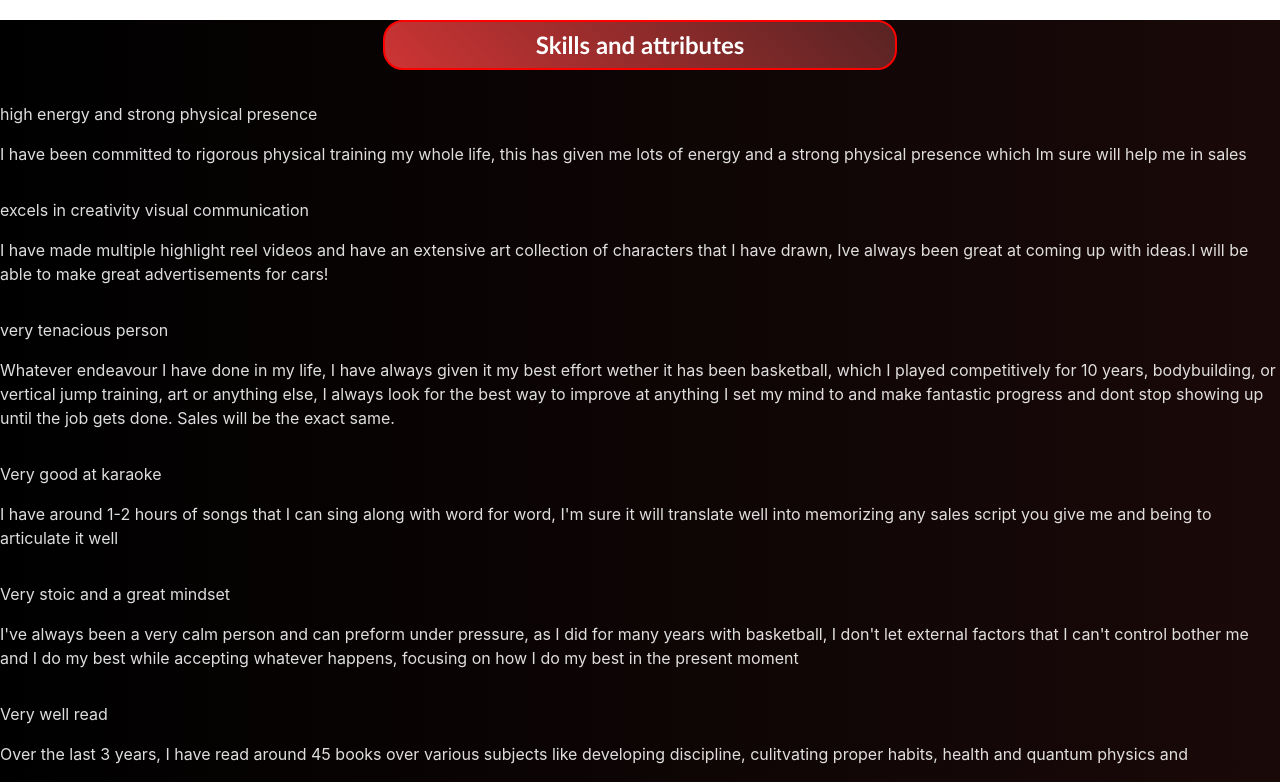
Repository: TMuse333/resume1
Page: /
An editor plug-in stored every save of this project. The page is shown before and after a run of saves, followed by the edit.
The browser window is 1280 px wide. The pictures show the whole page.
The project was rebuilt for these pictures with package versions that can differ from the ones it lists, and the page was loaded fresh each time. Also part of the build but not shown: vite.config.js, src/components/navbar.jsx, src/components/about.jsx, src/components/contact.jsx, src/components/footer.jsx, src/components/experience.jsx, src/components/carousel.jsx, src/components/experienceCarousel.jsx and 4 more. Imported but missing from the stored project, and not drawn on this page: src/images/best_dunk.mp4.

Above is the page before, as saved 2023-10-18 15:05:13.

After the next 2 saves:
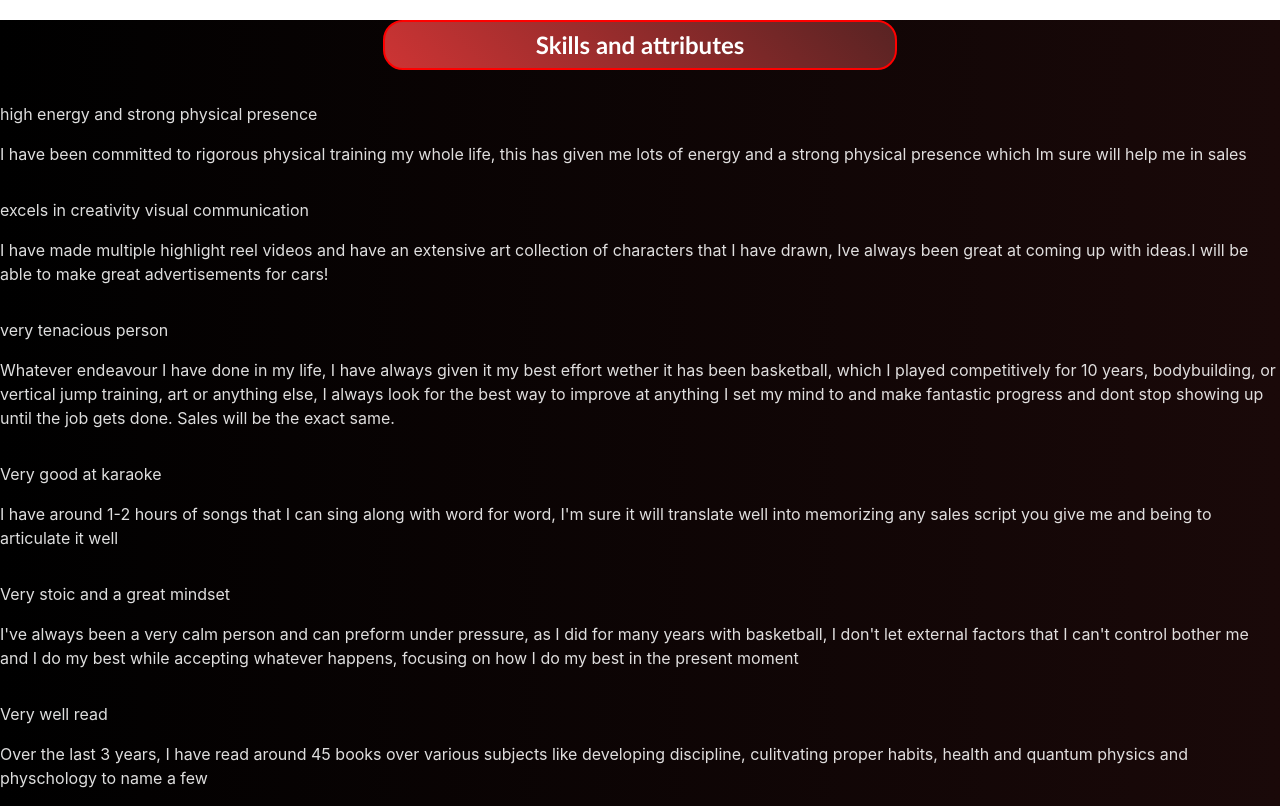
The 2 saves are shown as one change because they came seconds apart.
The last was saved 6 s later.
--- a/src/components/skillDesc.js
+++ b/src/components/skillDesc.js
@@ -245,7 +245,7 @@ export const attributes = [
   {
     name:'Very well read',
     description:'Over the last 3 years, I have read around 45 books over various subjects like developing discipline, culitvating proper habits, '
-    +'health and quantum physics and '
+    +'health and quantum physics and physchology to name a few'
   }
 
 ]
